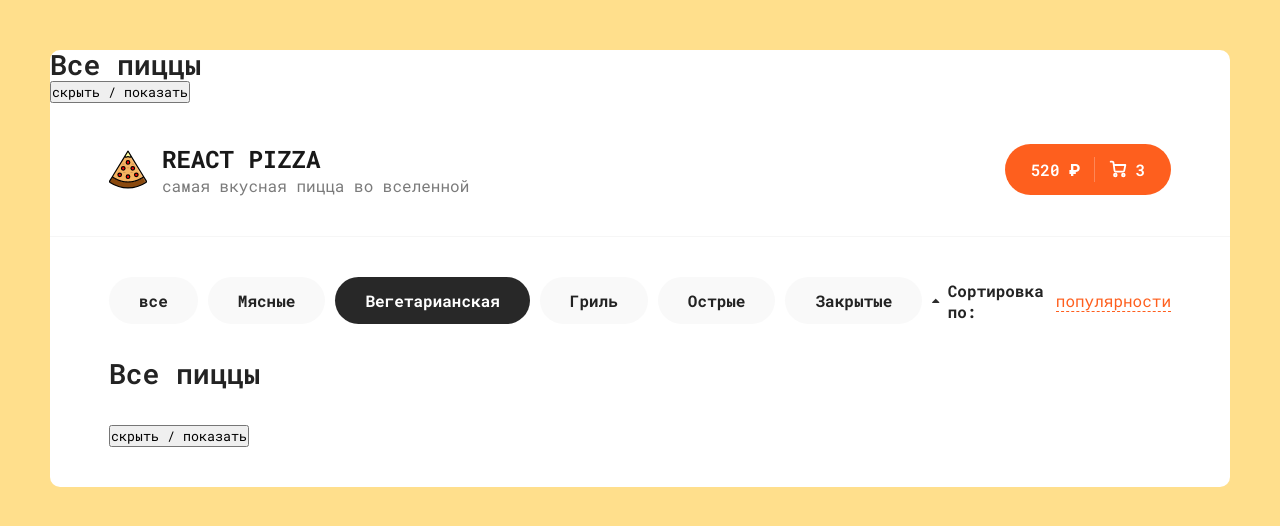
Repository: TI-IT/react-pizza2
Page: /
An editor plug-in stored every save of this project. The page is shown before and after a run of saves, followed by the edit.
The browser window is 1280 px wide. The pictures show the whole page.
The page's requests for data from a server got no answer. The project was rebuilt for these pictures with package versions that can differ from the ones it lists, and the page was loaded fresh each time. No one was signed in, and anything a server would have sent is missing. Also part of the build but not shown: src/components/PizzaBlock.jsx.

Above is the page before, as saved 2022-10-09 11:56:25.

After the next 2 saves:
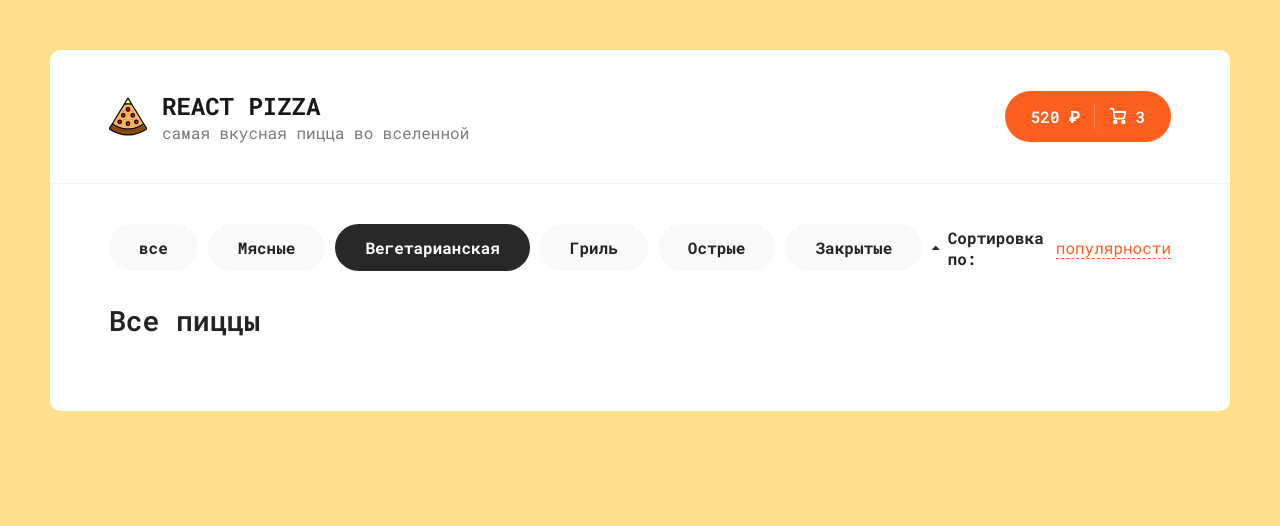
The 2 saves are shown as one change because 1 did not build or start.
The last was saved 60 s later.
--- a/src/App.js
+++ b/src/App.js
@@ -9,17 +9,17 @@ import pizzas from './assets/pizza.json'
 function App() {
   const [items, setItems] = React.useState([])
 
-  const [visibleList, setvisibleList] = React.useState(true)
-
-  const toggleVisibleList = () => {
-    setvisibleList(tt => !tt)
-  }
+  const link = 'https://63427733ba4478d4783c44ef.mockapi.io/items'
+  fetch(link)
+    .then(res => {
+      return res.json()
+    })
+    .then(json => {
+      setItems
+    })
 
   return (
     <div className="wrapper">
-      {visibleList && <h2>Все пиццы</h2>}
-      <button onClick={toggleVisibleList}>скрыть / показать</button>
-
       <Header />
       <div className="content">
         <div className="container">
@@ -27,9 +27,7 @@ function App() {
             <Categories />
             <Sort />
           </div>
-          {visibleList && <h2 className="content__title">Все пиццы</h2>}
-          <button onClick={toggleVisibleList}>скрыть / показать</button>
-
+          <h2 className="content__title">Все пиццы</h2>
           <div className="content__items">
             {items.map(obj => (
               <PizzaBlock key={obj.id} {...obj} />
